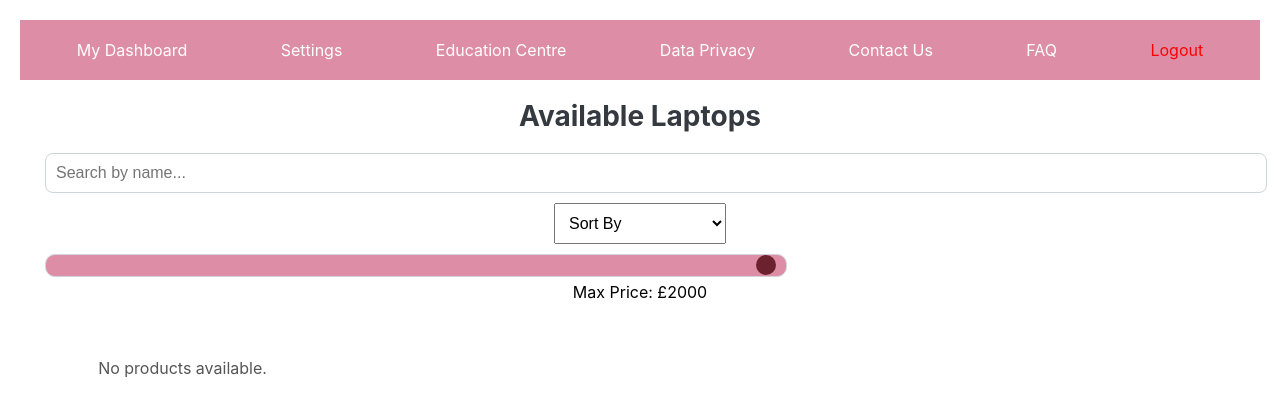
Repository: aab232/https---github.com-aab232-Deferred-Payment-Platform
Page: /main (app in frontend/)
These files come from the project's save history. The page is drawn as it stood at one moment and after the next save; the edit follows.
The browser window is 1280 px wide. The pictures show the whole page.
The page's requests for data from a server got no answer. The project was rebuilt for these pictures with package versions that can differ from the ones it lists, and the page was loaded fresh each time. No one was signed in, and anything a server would have sent is missing. Also part of the build but not shown: frontend/src/components/Home.js, frontend/src/components/Register.js, frontend/src/components/Login.js, frontend/src/components/BackButton.css, frontend/src/components/BackButton.js, frontend/src/components/Settings.js.

Above is the page before, as saved 2025-04-01 00:39:54.

After the next save:
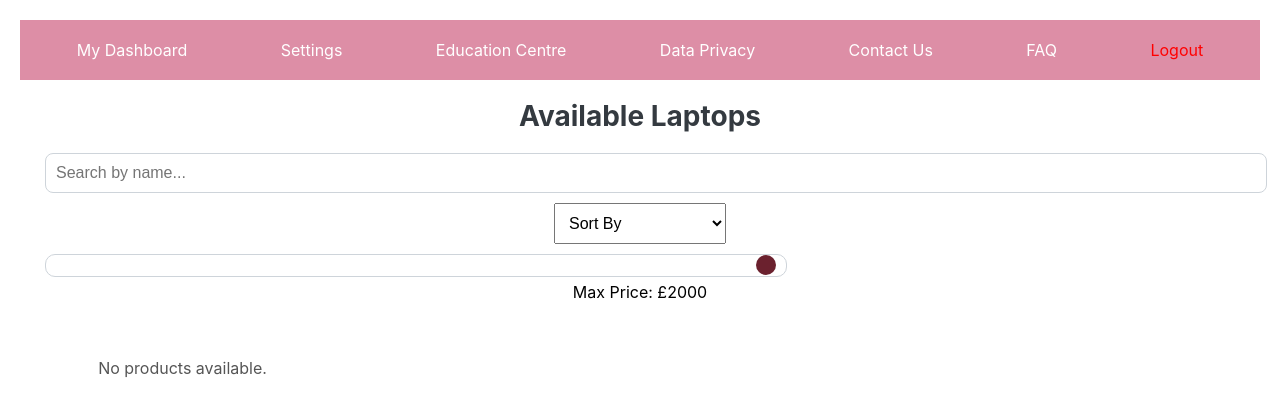
Saved 63 s later.
--- a/frontend/src/components/Main.css
+++ b/frontend/src/components/Main.css
@@ -68,7 +68,7 @@ input[type="range"] {
   appearance: none;
   width: 60%; /* Make it full width */
   height: 1px; /* Adjust thickness */
-  background: #dd8ea6; /* Pink background */
+  background: white; /* Pink background */
   border-radius: 10px;
   outline: none;
   transition: background 0.3s ease-in-out;
@@ -78,16 +78,16 @@ input[type="range"] {
 input[type="range"]::-webkit-slider-thumb {
   -webkit-appearance: none;
   appearance: none;
-  width: 20px; /* Adjust size */
+  width: 20px;
   height: 20px;
-  background: #6b212e; /* Darker pink */
+  background: #6b212e;
   border-radius: 50%;
   cursor: pointer;
   transition: 0.3s;
 }
 
 input[type="range"]::-webkit-slider-thumb:hover {
-  background: #966473; /* Even darker pink on hover */
+  background: #a41b34;
 }
 
 /* For Firefox */
